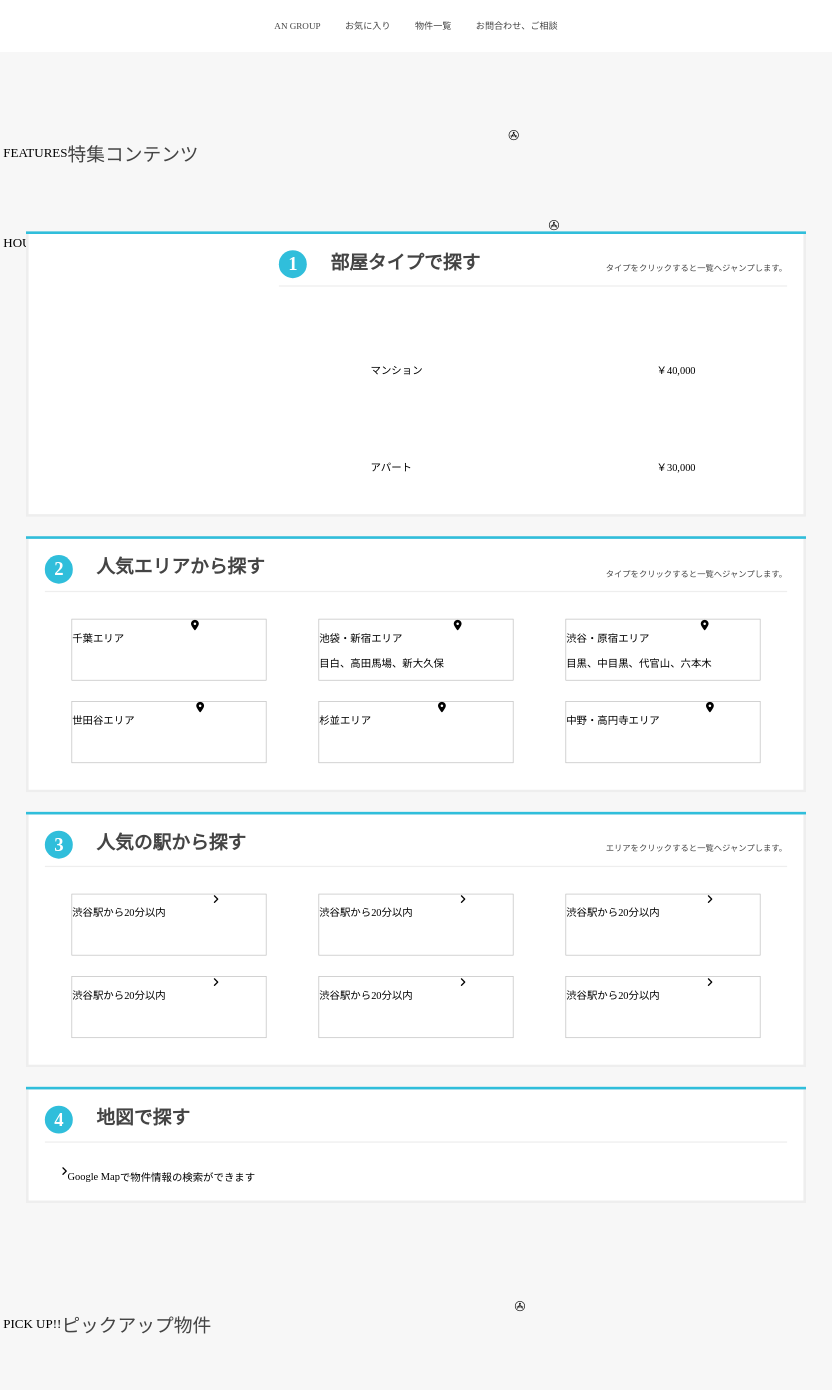
Repository: ninhdavid/real-estate
Page: index.html
These files come from the project's save history. The page is drawn as it stood at one moment and after the next save; the edit follows.
The browser window is 1280 px wide. The pictures show the whole page, at 65% of full size.
Some web libraries are served in a nearby version. The style sheet was rebuilt from its Sass, Less or Tailwind sources for each picture, by a compiler version that may differ from the author's.

Above is the page before, as saved 2022-05-13 23:05:12.

After the next save:
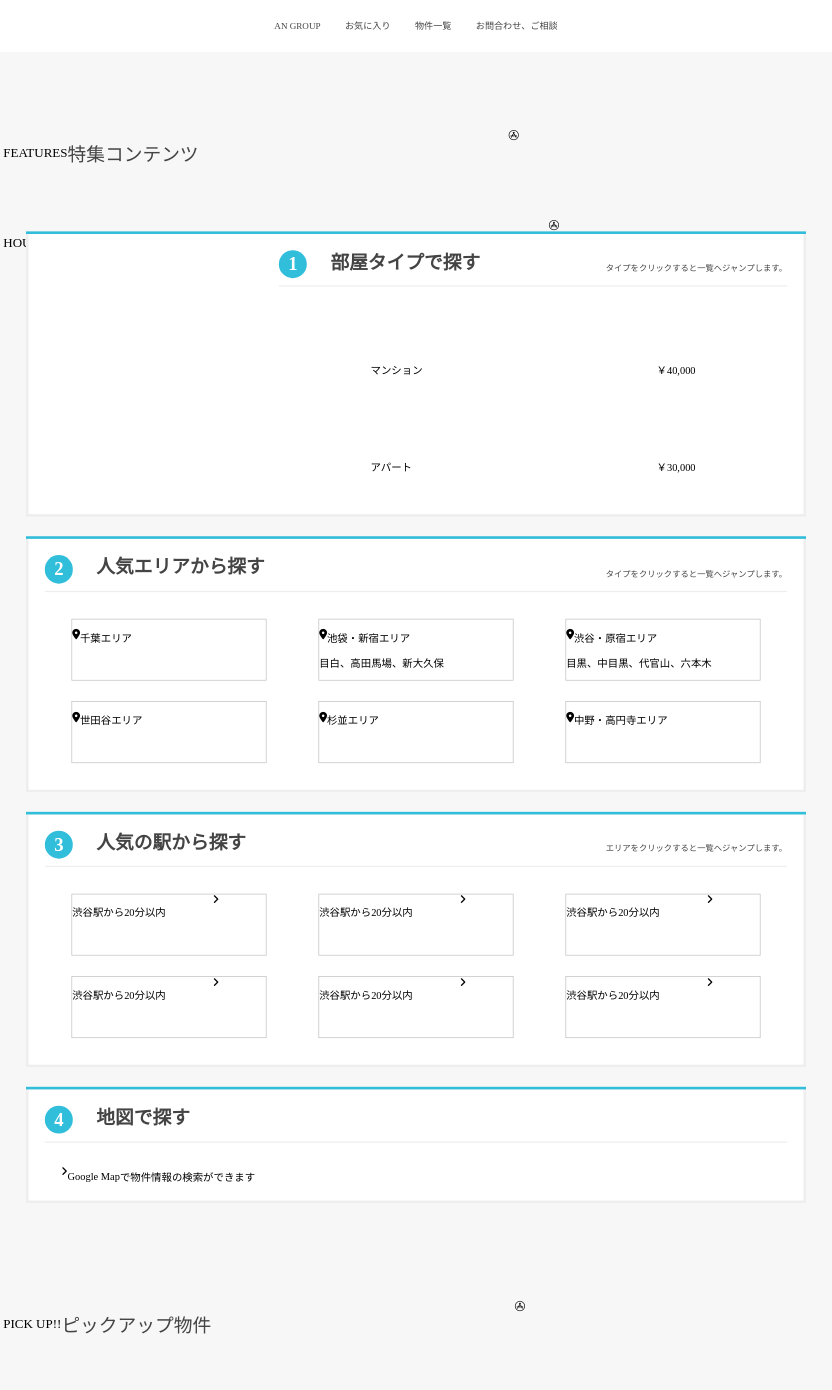
Saved 4 s later.
--- a/css/main.scss
+++ b/css/main.scss
@@ -182,7 +182,7 @@
     // flex-direction: column;
     // text-align:center;
 }
-.station-des
+.station-des,
 .location-des i,p{
     display:block;
     float:left;
